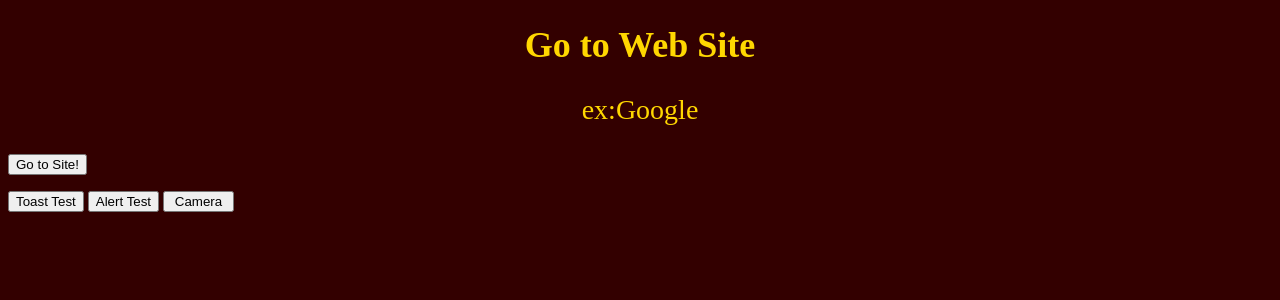
Repository: kenshiryu7/mdv-projects
Page: MDF3/project_4/Project4/assets/index.html
These files come from the project's save history. The page is drawn as it stood at one moment and after the next save; the edit follows.
The browser window is 1280 px wide. The pictures show the whole page.

Above is the page before, as saved 2013-02-28 19:11:57.

### MDF3/project_4/Project4/assets/index.html
<!DOCTYPE html>
<html>
	<head>
	<meta http-equiv="Content-Type" content="text/html; charset=UTF-8">

	<title>The HTML Stuff</title>
	</head>


	<body>
	<h1 id="title">Go to Web Site</h1>
	<p id="mytext">ex:Google</p>



	<input type="button" value="Go to Site!" onclick="openWeb()"/>

	<p>
	<input type="button" value="Toast Test" onclick="showAndroidToast('I just wanted to tell the world that....I Like it Toasty!!!')"/>

	<input type="button" value="Alert Test" onclick="doAlert()"/>

	<input type="button" value=" Camera " onclick="openCamera()"/>
	</p>
	</body>



		<script type="text/javascript">

			function openWeb() {
				//document.getElementById("mytext").innerHTML = actualData;
				Android.openWebSite();
			};

			function showAndroidToast(toast) {
			//document.getElementById("mytext").innerHTML = "toast";
				Android.showToast(toast);

			};

			function doAlert(){
				Android.startAlert();
			};

			function openCamera(){
				Android.openTheCamera();
			};


			function callFromActivity(message) {
				document.getElementById("mytext").innerHTML = message;
			};



		</script>
		<style type ="text/css">
			body{
				background-color:#330000}

			h1{
				font-size:225%;
				text-align:center}

			#title{
				color:#FFD700;
				font-weight:bolder}

			#mytext{
				color:#FFD700;
				text-align:center;
				font-weight:lighter;
				font-size:175%}

		</style>
</html>

After the next save:
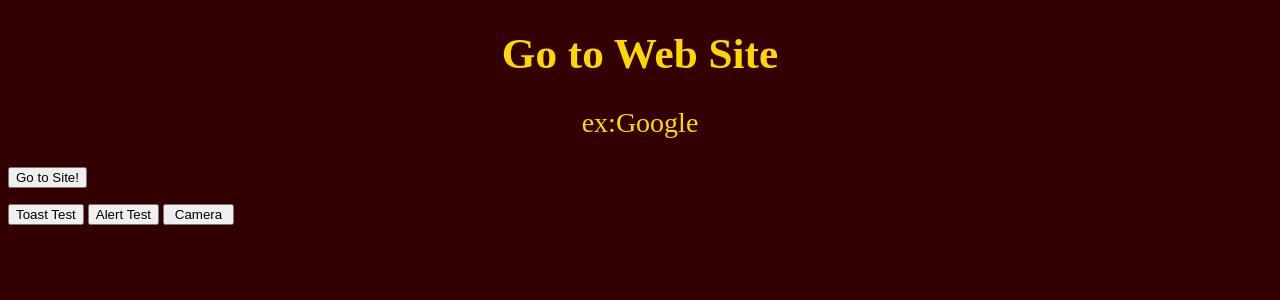
Saved 18 s later.
--- a/MDF3/project_4/Project4/assets/index.html
+++ b/MDF3/project_4/Project4/assets/index.html
@@ -60,7 +60,7 @@
 				background-color:#330000}
 
 			h1{
-				font-size:225%;
+				font-size:270%;
 				text-align:center}
 
 			#title{
